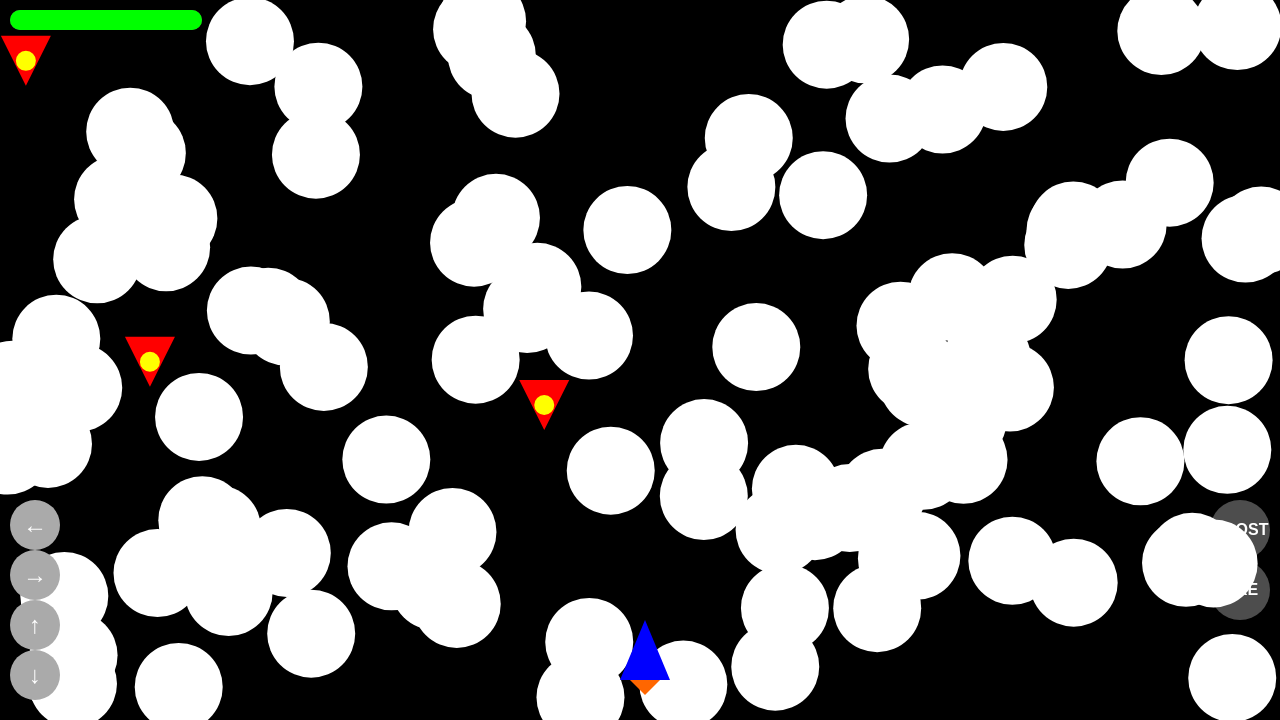
Repository: BiranOrundas/space-shooter
Page: space-shooter.html
An editor plug-in stored every save of this project. The page is shown before and after a run of saves, followed by the edit.
The browser window is 1280 px wide. The pictures show the whole page.

Above is the page before, as saved 2025-03-13 15:55:35.

### space-shooter.html
<!DOCTYPE html>
<html lang="en">
<head>
  <meta charset="UTF-8">
  <meta name="viewport" content="width=device-width, initial-scale=1.0">
  <title>Space Shooter</title>
  <style>
    body {
      margin: 0;
      overflow: hidden;
      touch-action: none;
      font-family: Arial, sans-serif;
      background-color: #000;
      display: flex;
      justify-content: center;
      align-items: center;
      height: 100vh;
    }

    #game-container {
      position: relative;
      width: 100vw;
      height: 100vh;
      background-color: #000;
      overflow: hidden;
      touch-action: none;
    }

    #game-canvas {
      width: 100%;
      height: 100%;
    }

    #controls {
      position: absolute;
      bottom: 20px;
      left: 0;
      width: 100%;
      display: flex;
      justify-content: space-between;
      z-index: 10;
    }

    .direction-btn {
      width: 50px;
      height: 50px;
      background-color: rgba(255, 255, 255, 0.3);
      border-radius: 50%;
      display: flex;
      justify-content: center;
      align-items: center;
      color: white;
      font-weight: bold;
      font-size: 24px;
      user-select: none;
      margin: 0 10px;
    }
    .direction-btnpress {
      width: 50px;
      height: 50px;
      background-color: rgba(24, 124, 4, 0.3);
      border-radius: 50%;
      display: flex;
      justify-content: center;
      align-items: center;
      color: white;
      font-weight: bold;
      font-size: 24px;
      user-select: none;
      margin: 0 10px;
    }

    .action-btn {
      width: 60px;
      height: 60px;
      background-color: rgba(255, 255, 255, 0.3);
      border-radius: 50%;
      display: flex;
      justify-content: center;
      align-items: center;
      color: white;
      font-weight: bold;
      font-size: 16px;
      user-select: none;
      margin: 0 10px;
    }

    #life-bar-container {
      position: absolute;
      top: 10px;
      left: 10px;
      width: 15%;
      height: 20px;
      background-color: rgba(255, 255, 255, 0.3);
      border-radius: 10px;
    }

    #life-bar {
      height: 100%;
      width: 100%;
      background-color: #0f0;
      border-radius: 10px;
      transition: width 0.5s;
    }

    #score {
      position: absolute;
      top: 10px;
      right: 10px;
      color: white;
      font-size: 20px;
    }

    #game-over {
      position: absolute;
      top: 0;
      left: 0;
      width: 100%;
      height: 100%;
      background-color: rgba(0, 0, 0, 0.8);
      display: none;
      flex-direction: column;
      justify-content: center;
      align-items: center;
      color: white;
      font-size: 30px;
      z-index: 20;
    }

    #restart-btn {
      margin-top: 20px;
      padding: 10px 20px;
      background-color: #0f0;
      color: black;
      border: none;
      border-radius: 5px;
      font-size: 18px;
      cursor: pointer;
    }

    .star {
      position: absolute;
      background-color: white;
      border-radius: 50%;
    }
  </style>
</head>
<body>
  <div id="game-container">
    <div id="life-bar-container">
      <div id="life-bar"></div>
    </div>
    <div id="score">Score: 0</div>
    <canvas id="game-canvas"></canvas>

    <div id="controls">
      <div id="movement-controls">
        <div name="leftButton" class="direction-btn" id="left-btn">←</div>
        <div name="rightButton" class="direction-btn" id="right-btn">→</div>
        <div name="upButton" class="direction-btn" id="up-btn">↑</div>
        <div name="downButton" class="direction-btn" id="down-btn">↓</div>
      </div>
      <div id="action-controls">
        <div class="action-btn" id="boost-btn">BOOST</div>
        <div class="action-btn" id="shoot-btn">FIRE</div>
      </div>
    </div>

    <div id="game-over">
      <div>GAME OVER</div>
      <div id="final-score">Score: 0</div>
      <button id="restart-btn">Restart</button>
    </div>
  </div>

  <script>
    // Game setup
    const canvas = document.getElementById('game-canvas');
    const ctx = canvas.getContext('2d');

    // Set canvas dimensions to match container
    const container = document.getElementById('game-container');
    canvas.width = container.clientWidth;
    canvas.height = container.clientHeight;

    // Game variables
    let score = 0;
    let gameOver = false;
    let animationId;

    // Player variables
    const player = {
      x: canvas.width / 2 - 20,
      y: canvas.height - 100,
      width: 50,
      height: 60,
      speed: 5,
      boostedSpeed: 10,
      isBoosting: false,
      life: 100,
      color: '#00f',
      cooldown: 0,
      lastShot: 0
    };


    // Game elements arrays
    const bullets = [];
    const enemies = [];
    const stars = [];

    // Control variables
    let leftPressed = false;
    let rightPressed = false;
    let upPressed = false;
    let downPressed = false;
    let shootPressed = false;
    let boostPressed = false;

    // Generate stars for background
    function createStars() {
      const starCount = 100;
      for (let i = 0; i < starCount; i++) {
        stars.push({
          x: Math.random() * canvas.width,
          y: Math.random() * canvas.height,
          size: Math.random() * 1 + 0.5,
          speed: Math.random() * 2 + 1.9,

        });
      }
    }

    // Draw player's spaceship
    function drawPlayer() {
      // Draw player ship
      ctx.fillStyle = player.color;

      // Ship body
      ctx.beginPath();
      ctx.moveTo(player.x + player.width / 2, player.y);
      ctx.lineTo(player.x + player.width, player.y + player.height);
      ctx.lineTo(player.x, player.y + player.height);
      ctx.closePath();
      ctx.fill();

      // Engine flames
      if (player.isBoosting) {
        ctx.fillStyle = '#ff0';
      } else {
        ctx.fillStyle = '#f60';
      }

      const flameHeight = player.isBoosting ? 30 : 15;
      ctx.beginPath();
      ctx.moveTo(player.x + 10, player.y + player.height);
      ctx.lineTo(player.x + player.width / 2, player.y + player.height + flameHeight);
      ctx.lineTo(player.x + player.width - 10, player.y + player.height);
      ctx.closePath();
      ctx.fill();
    }

    // Create a bullet
    function shootBullet() {
      const now = Date.now();
      if (now - player.lastShot > 50 ) { // Cooldown in ms
        bullets.push({
          x: player.x + player.width / 2 - 3,
          y: player.y,
          width: 2,
          height: 10,
          speed: 20,
          color: '#f00'
        });
        player.lastShot = now;
      }
    }

    // Draw bullets
    function drawBullets() {
      bullets.forEach(bullet => {
        ctx.fillStyle = bullet.color;
        ctx.fillRect(bullet.x, bullet.y, bullet.width, bullet.height);
      });
    }

    // Create enemy ships
// Create enemy ships
function spawnEnemy() {
  if (Math.random() < 0.02 && !gameOver) {
    // Eğer boost aktifse, düşmanların hızını artır
    const enemySpeed = player.isBoosting ? Math.random() * 16 + 2 : Math.random() * 2 + 1;

    enemies.push({
      x: Math.random() * (canvas.width - 50),
      y: -50,
      width: 50,
      height: 50,
      speed: enemySpeed  // Boost durumuna göre hız
    });
  }
}


    // Draw enemy ships
    function drawEnemies() {
      enemies.forEach(enemy => {
        // Enemy ship body
        ctx.fillStyle = '#f00';
        ctx.beginPath();
        ctx.moveTo(enemy.x + enemy.width / 2, enemy.y + enemy.height);
        ctx.lineTo(enemy.x + enemy.width, enemy.y);
        ctx.lineTo(enemy.x, enemy.y);
        ctx.closePath();
        ctx.fill();

        // Enemy details
        ctx.fillStyle = '#ff0';
        ctx.beginPath();
        ctx.arc(enemy.x + enemy.width / 2, enemy.y + enemy.height / 2, 10, 0, Math.PI * 2);
        ctx.fill();
      });
    }

    // Draw stars background
    function drawStars() {
      ctx.fillStyle = 'white';
      stars.forEach(star => {
        ctx.beginPath();
        ctx.arc(star.x, star.y, star.size, 0, Math.PI * 2);
        ctx.fill();
      });
    }

    // Update star positions
  // Update star positions
function updateStars() {
  stars.forEach(star => {
    // Eğer boost aktifse, yıldızın hızını artır
    const speedFactor = player.isBoosting ? 5.5 : 1;

    star.y += star.speed * speedFactor; // Yıldızın hızı boost durumuna göre değişir
    star.size = 8 * 5.5;


    // Eğer yıldız ekranın dışına çıkarsa, konumunu sıfırlayın
    if (star.y > canvas.height) {
      star.y = 0;
      star.x = Math.random() * canvas.width;
    }
  });
}


// Update game elements
function updateGameElements() {

  if (leftPressed && player.x > 0) {
    player.x -= player.isBoosting ? player.boostedSpeed : player.speed;
    const LeftDirs = document.getElementsByName("leftButton");
LeftDirs.forEach(btn => {
    btn.style.backgroundColor = "#5CE65C";
});
  }else{
    const LeftDirs = document.getElementsByName("leftButton");
LeftDirs.forEach(btn => {
    btn.style.backgroundColor = "#AAAAAA";
})};



  if (rightPressed && player.x < canvas.width - player.width) {
    player.x += player.isBoosting ? player.boostedSpeed : player.speed;

    const rightDirs = document.getElementsByName("rightButton");
    rightDirs.forEach(btn => {
    btn.style.backgroundColor = "#5CE65C";
});
  }else{
    const rightDirs = document.getElementsByName("rightButton");
    rightDirs.forEach(btn => {
    btn.style.backgroundColor = "#AAAAAA";
})};


  if (upPressed && player.y < canvas.height - player.height) {
    player.y -= player.isBoosting ? player.boostedSpeed : player.speed;
    const upDirs = document.getElementsByName("upButton");
    upDirs.forEach(btn => {
    btn.style.backgroundColor = "#5CE65C";
});

  }else{
    const upDirs = document.getElementsByName("upButton");
    upDirs.forEach(btn => {
    btn.style.backgroundColor = "#AAAAAA";
})};






  if (downPressed && player.y < canvas.height - 20 - player.height) {
    player.y += player.isBoosting ? player.boostedSpeed : player.speed;
    const downDirs = document.getElementsByName("downButton");
    downDirs.forEach(btn => {
    btn.style.backgroundColor = "#5CE65C";
});

  }else{
    const downDirs = document.getElementsByName("downButton");
    downDirs.forEach(btn => {
    btn.style.backgroundColor = "#AAAAAA";
})};

  // Update bullets
  for (let i = 0; i < bullets.length; i++) {
    bullets[i].y -= bullets[i].speed;

    // Remove bullets that are off screen
    if (bullets[i].y < 0) {
      bullets.splice(i, 1);
      i--;
    }
  }

  // Update enemies
  for (let i = 0; i < enemies.length; i++) {
    enemies[i].y += enemies[i].speed;

    // Check for collision with player
    if (
      player.x < enemies[i].x + enemies[i].width &&
      player.x + player.width > enemies[i].x &&
      player.y < enemies[i].y + enemies[i].height &&
      player.y + player.height > enemies[i].y
    ) {
      // Player hit by enemy
      player.life -= 20;
      updateLifeBar();

      // Remove enemy
      enemies.splice(i, 1);
      i--;

      // Check game over
      if (player.life <= 0) {
        endGame();
      }

      continue;
    }

    // Check for bullets hitting enemies
    for (let j = 0; j < bullets.length; j++) {
      if (
        bullets[j].x < enemies[i].x + enemies[i].width &&
        bullets[j].x + bullets[j].width > enemies[i].x &&
        bullets[j].y < enemies[i].y + enemies[i].height &&
        bullets[j].y + bullets[j].height > enemies[i].y
      ) {
        // Enemy hit by bullet
        score += 50;
        updateScore();

      // Global variable to track if the bullet height has been changed
let bulletHeightUpdated = false;

// Inside the game loop or where you check the score
if (score >= 100 && !bulletHeightUpdated) {
    // Set the bullet height to 100
    bullets.forEach(bullet => {
        bullet.height = 100;
        bullet.color = "#00FF00"
    });

    // Mark the bullet height as updated
    bulletHeightUpdated = true;
}


        // Remove enemy and bullet
        enemies.splice(i, 1);
        bullets.splice(j, 1);
        i--;
        break;
      }
    }

    // Remove enemies that are off screen
    if (enemies[i] && enemies[i].y > canvas.height) {
      enemies.splice(i, 1);
      i--;
    }
  }
}


function Day() {
    const space = document.getElementById("game-container");

    setTimeout((randomColor) => {
        var randomColor = Math.floor(Math.random()*16777215).toString(16);
        space.style.backgroundColor = randomColor;
    },5500);
}


    // Update life bar
    function updateLifeBar() {
      const lifeBar = document.getElementById('life-bar');
      lifeBar.style.width = `${player.life}%`;

      // Change color based on life
      if (player.life > 60) {
        lifeBar.style.backgroundColor = '#0f0';
      } else if (player.life > 30) {
        lifeBar.style.backgroundColor = '#ff0';
      } else {
        lifeBar.style.backgroundColor = '#f00';
      }
    }

    // Update score display
    function updateScore() {
      document.getElementById('score').textContent = `Score: ${score}`;
    }

    // Game over
    function endGame() {
      gameOver = true;
      document.getElementById('game-over').style.display = 'flex';
      document.getElementById('final-score').textContent = `Score: ${score}`;
      cancelAnimationFrame(animationId);
    }

    // Main game loop
    function gameLoop() {
      // Clear canvas
      ctx.fillStyle = '#000';
      ctx.fillRect(0, 0, canvas.width, canvas.height);
        //Space Turning
      Day();

      // Draw stars
      drawStars();
      updateStars();

      // Spawn enemies
      spawnEnemy();


      // Update game elements
      updateGameElements();

      // Fire bullet if shoot button is pressed
      if (shootPressed) {
        shootBullet();
      }

      // Draw game elements
      drawPlayer();
      drawBullets();
      drawEnemies();

      // Continue game loop
      if (!gameOver) {
        animationId = requestAnimationFrame(gameLoop);
      }
    }

    // Event listeners for keyboard controls
    document.addEventListener('keydown', (e) => {
      if (e.key === 'ArrowLeft' || e.key === 'a') leftPressed = true;
      if (e.key === 'ArrowRight' || e.key === 'd') rightPressed = true;
      if (e.key === 'ArrowUp' || e.key === 'w') upPressed = true;
      if (e.key === 'ArrowDown' || e.key === 's') downPressed = true;
      if (e.key === ' ' || e.key === 'Enter') shootPressed = true;
      if (e.key === 'Shift') {
        boostPressed = true;
        player.isBoosting = true;
      }
    });

    document.addEventListener('keyup', (e) => {
      if (e.key === 'ArrowLeft' || e.key === 'a') leftPressed = false;
      if (e.key === 'ArrowRight' || e.key === 'd') rightPressed = false;
      if (e.key === 'ArrowUp' || e.key === 'w') upPressed = false;
      if (e.key === 'ArrowDown' || e.key === 's') downPressed = false;
      if (e.key === ' ' || e.key === 'Enter') shootPressed = false;
      if (e.key === 'Shift') {
        boostPressed = false;
        player.isBoosting = false;
      }
    });

    // Touch controls
    const leftBtn = document.getElementById('left-btn');
    const rightBtn = document.getElementById('right-btn');
    const shootBtn = document.getElementById('shoot-btn');
    const boostBtn = document.getElementById('boost-btn');

    leftBtn.addEventListener('touchstart', (e) => {
      e.preventDefault();
      leftPressed = true;
    });

    leftBtn.addEventListener('touchend', (e) => {
      e.preventDefault();
      leftPressed = false;
    });

    rightBtn.addEventListener('touchstart', (e) => {
      e.preventDefault();
      rightPressed = true;
    });

    rightBtn.addEventListener('touchend', (e) => {
      e.preventDefault();
      rightPressed = false;
    });

    shootBtn.addEventListener('touchstart', (e) => {
      e.preventDefault();
      shootPressed = true;
    });

    shootBtn.addEventListener('touchend', (e) => {
      e.preventDefault();
      shootPressed = false;
    });

    boostBtn.addEventListener('touchstart', (e) => {
      e.preventDefault();
      boostPressed = true;
      player.isBoosting = true;
    });

    boostBtn.addEventListener('touchend', (e) => {
      e.preventDefault();
      boostPressed = false;
      player.isBoosting = false;
    });

    // Mouse controls (for testing on desktop)
    leftBtn.addEventListener('mousedown', () => {
      leftPressed = true;
    });

    leftBtn.addEventListener('mouseup', () => {
      leftPressed = false;
    });

    rightBtn.addEventListener('mousedown', () => {
      rightPressed = true;
    });

    rightBtn.addEventListener('mouseup', () => {
      rightPressed = false;
    });

    shootBtn.addEventListener('mousedown', () => {
      shootPressed = true;
    });

    shootBtn.addEventListener('mouseup', () => {
      shootPressed = false;
    });

    boostBtn.addEventListener('mousedown', () => {
      boostPressed = true;
      player.isBoosting = true;
    });

    boostBtn.addEventListener('mouseup', () => {
      boostPressed = false;
      player.isBoosting = false;
    });

    // Restart game
    document.getElementById('restart-btn').addEventListener('click', () => {
      // Reset game state
      score = 0;
      gameOver = false;
      player.life = 100;
      player.x = canvas.width / 2 - 25;
      player.y = canvas.height - 100;
      player.isBoosting = false;

      // Clear arrays
      bullets.length = 0;
      enemies.length = 0;

      // Update UI
      updateScore();
      updateLifeBar();

      // Hide game over screen
      document.getElementById('game-over').style.display = 'none';

      // Start game loop
      gameLoop();
    });

    // Initialize game
    function initGame() {
      createStars();
      updateLifeBar();
      gameLoop();
    }

    // Start the game
    window.addEventListener('load', initGame);

    window.addEventListener('resize', () => {
  canvas.width = container.clientWidth;
  canvas.height = container.clientHeight;
});
  </script>
</body>
</html>

After the next 2 saves:
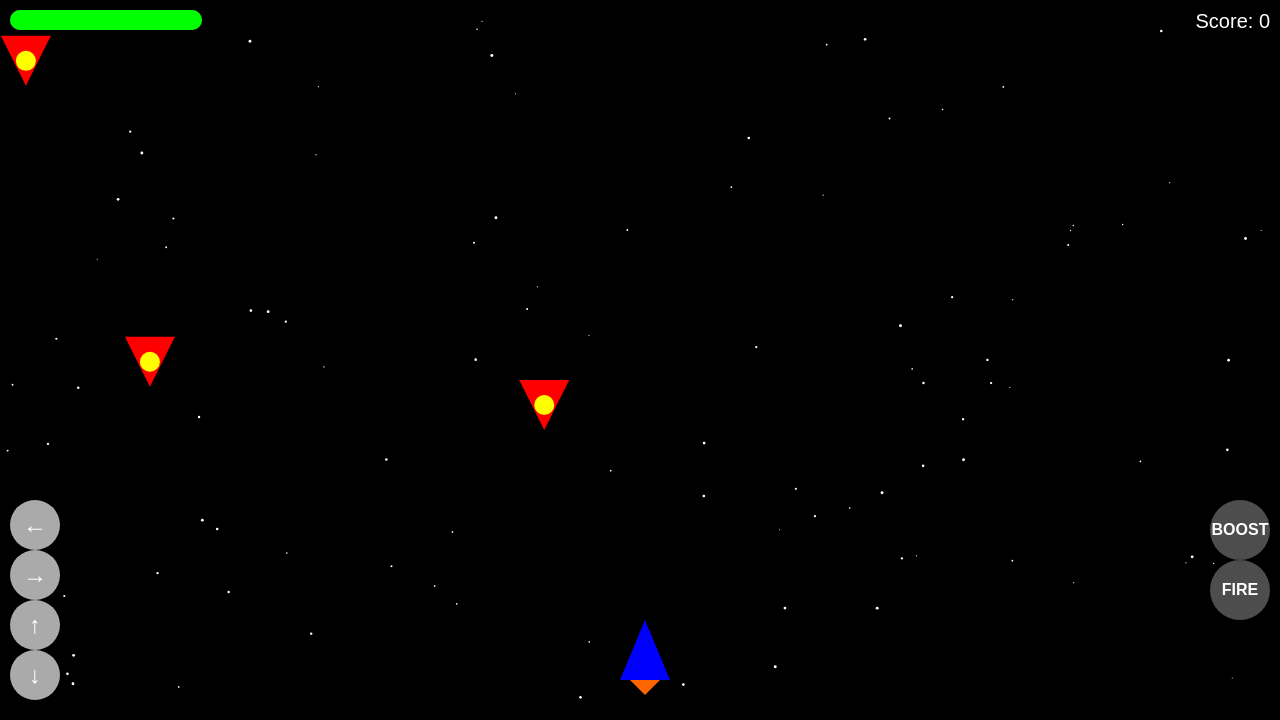
The 2 saves are shown as one change because they came seconds apart.
The last was saved 11 s later.
--- a/space-shooter.html
+++ b/space-shooter.html
@@ -340,8 +340,6 @@ function updateStars() {
     const speedFactor = player.isBoosting ? 5.5 : 1;
 
     star.y += star.speed * speedFactor; // Yıldızın hızı boost durumuna göre değişir
-    star.size = 8 * 5.5;
-
 
     // Eğer yıldız ekranın dışına çıkarsa, konumunu sıfırlayın
     if (star.y > canvas.height) {
